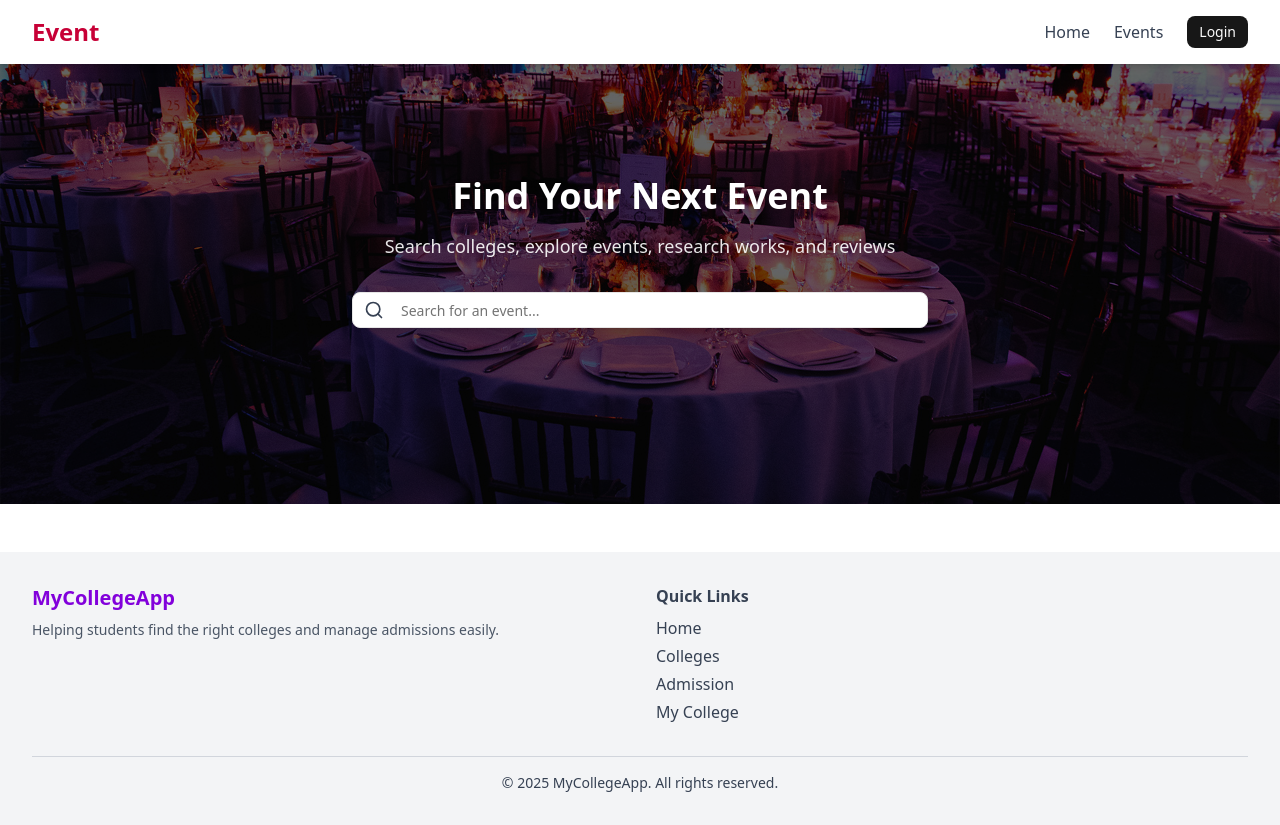
Repository: shshafin/event-client
Page: /
These files come from the project's save history. The page is drawn as it stood at one moment and after the next save; the edit follows.
The browser window is 1280 px wide. The pictures show the whole page.
The page's requests for data from a server got no answer. The project was rebuilt for these pictures with package versions that can differ from the ones it lists, and the page was loaded fresh each time. The framework's server and built-in components were replaced by stand-ins that run in the browser. No one was signed in, and anything a server would have sent is missing. Also part of the build but not shown: next.config.ts, src/components/ui/dropdown-menu.tsx.

Above is the page before, as saved 2025-10-30 14:39:22.

After the next save:
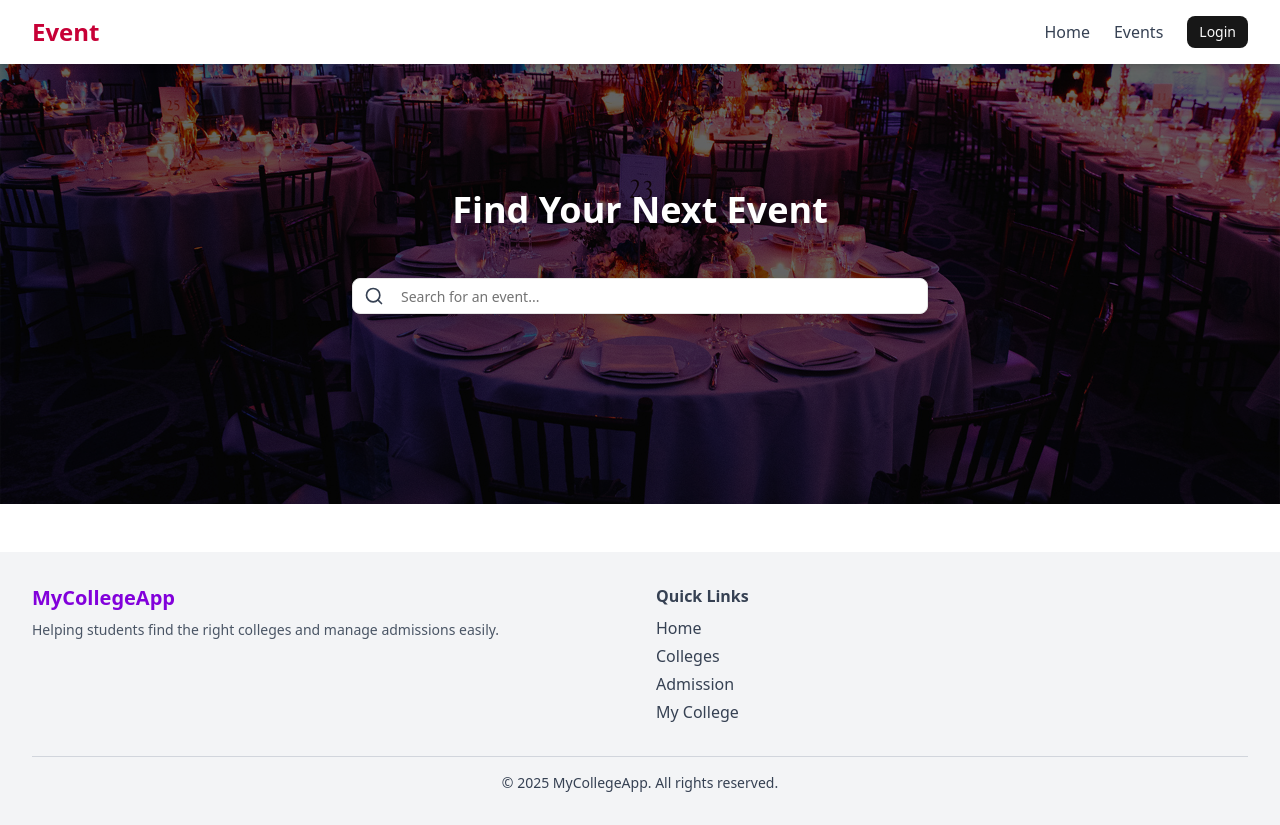
Saved 4 s later.
--- a/src/components/modules/home/Landing.tsx
+++ b/src/components/modules/home/Landing.tsx
@@ -31,7 +31,7 @@ export default function Landing() {
           Find Your Next Event
         </h1>
         <p className="mb-6 sm:mb-8 text-base sm:text-lg text-white/90">
-          Search colleges, explore events, research works, and reviews
+
         </p>
 
         <form
